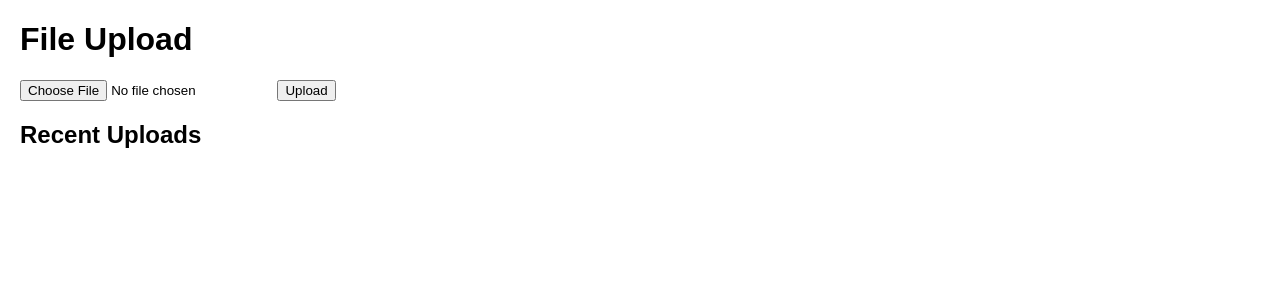
Repository: murs94/yo-print-assignment
Page: http://localhost/upload-ui
The author's editor kept a copy of each file at every save. The page is drawn from the files as they stood at one save, then again after the next save.
The browser window is 1280 px wide. The pictures show the whole page.
The page is served by the project's Laravel application, run on PHP 8.4 with Laravel 12. Queries for data that is not in the repository find no rows.

Above is the page before, as saved 2025-05-08 12:17:39.

After the next save:
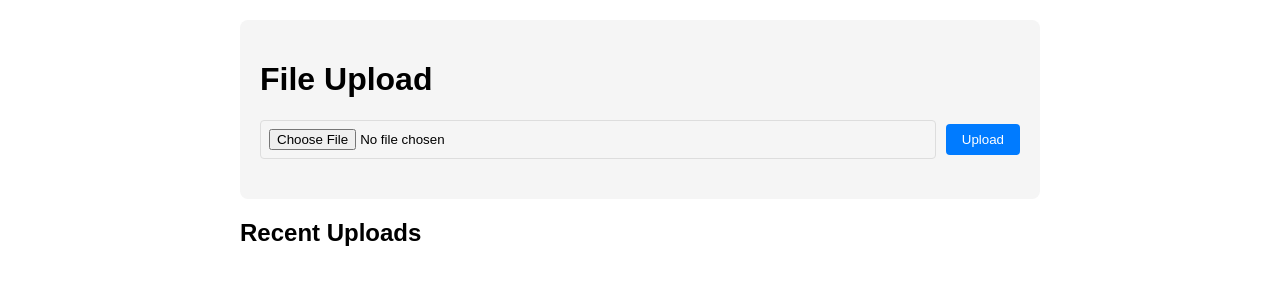
Saved 12 s later.
--- a/resources/views/upload.blade.php
+++ b/resources/views/upload.blade.php
@@ -6,28 +6,102 @@
     <title>File Upload</title>
     <script src="https://code.jquery.com/jquery-3.6.0.min.js"></script>
     <style>
-        body { font-family: Arial, sans-serif; margin: 20px; }
-        #uploadForm { margin-bottom: 20px; }
-        #uploadList { list-style: none; padding: 0; }
-        #uploadList li { margin-bottom: 10px; padding: 10px; border: 1px solid #ccc; }
+        body {
+            font-family: Arial, sans-serif;
+            margin: 20px;
+            max-width: 800px;
+            margin: 0 auto;
+            padding: 20px;
+        }
+        .upload-container {
+            background: #f5f5f5;
+            padding: 20px;
+            border-radius: 8px;
+            margin-bottom: 20px;
+        }
+        #uploadForm {
+            margin-bottom: 20px;
+            display: flex;
+            gap: 10px;
+            align-items: center;
+        }
+        #uploadList {
+            list-style: none;
+            padding: 0;
+        }
+        #uploadList li {
+            margin-bottom: 10px;
+            padding: 15px;
+            border: 1px solid #ddd;
+            border-radius: 4px;
+            background: white;
+            display: flex;
+            justify-content: space-between;
+            align-items: center;
+        }
+        .status {
+            padding: 4px 8px;
+            border-radius: 4px;
+            font-size: 0.9em;
+        }
+        .status-pending { background: #fff3cd; color: #856404; }
+        .status-processing { background: #cce5ff; color: #004085; }
+        .status-completed { background: #d4edda; color: #155724; }
+        .status-failed { background: #f8d7da; color: #721c24; }
+        button {
+            padding: 8px 16px;
+            background: #007bff;
+            color: white;
+            border: none;
+            border-radius: 4px;
+            cursor: pointer;
+        }
+        button:hover {
+            background: #0056b3;
+        }
+        input[type="file"] {
+            padding: 8px;
+            border: 1px solid #ddd;
+            border-radius: 4px;
+            flex-grow: 1;
+        }
     </style>
 </head>
 <body>
-    <h1>File Upload</h1>
-    <form id="uploadForm" enctype="multipart/form-data">
-        <input type="file" name="file" required>
-        <button type="submit">Upload</button>
-    </form>
+    <div class="upload-container">
+        <h1>File Upload</h1>
+        <form id="uploadForm" enctype="multipart/form-data">
+            <input type="file" name="file" required>
+            <button type="submit">Upload</button>
+        </form>
+    </div>
+
     <h2>Recent Uploads</h2>
     <ul id="uploadList"></ul>
 
     <script>
         $(document).ready(function() {
+            function getStatusClass(status) {
+                return 'status status-' + status.toLowerCase();
+            }
+
+            function formatDate(dateString) {
+                return new Date(dateString).toLocaleString();
+            }
+
             function loadUploads() {
                 $.get('/uploads', function(data) {
                     $('#uploadList').empty();
                     data.forEach(function(upload) {
-                        $('#uploadList').append('<li>File: ' + upload.filename + ' - Uploaded at: ' + upload.uploaded_at + '</li>');
+                        $('#uploadList').append(`
+                            <li>
+                                <div>
+                                    <strong>${upload.filename}</strong>
+                                    <div>Uploaded: ${formatDate(upload.uploaded_at)}</div>
+                                </div>
+                                <span class="${getStatusClass(upload.status)}">${upload.status}</span>
+                            </li>
+                        `);
                     });
                 });
             }
@@ -35,6 +109,10 @@
             $('#uploadForm').on('submit', function(e) {
                 e.preventDefault();
                 var formData = new FormData(this);
+                var submitButton = $(this).find('button[type="submit"]');
+
+                submitButton.prop('disabled', true).text('Uploading...');
+
                 $.ajax({
                     url: '/upload',
                     type: 'POST',
@@ -45,14 +123,18 @@
                         alert('Upload successful!');
                         loadUploads();
                     },
-                    error: function() {
-                        alert('Upload failed!');
+                    error: function(xhr) {
+                        alert('Upload failed: ' + (xhr.responseJSON?.message || 'Unknown error'));
+                    },
+                    complete: function() {
+                        submitButton.prop('disabled', false).text('Upload');
+                        $('#uploadForm')[0].reset();
                     }
                 });
             });
 
             loadUploads();
-            setInterval(loadUploads, 5000); // Poll every 5 seconds
+            setInterval(loadUploads, 2000); // Poll every 2 seconds for more real-time updates
         });
     </script>
 </body>
